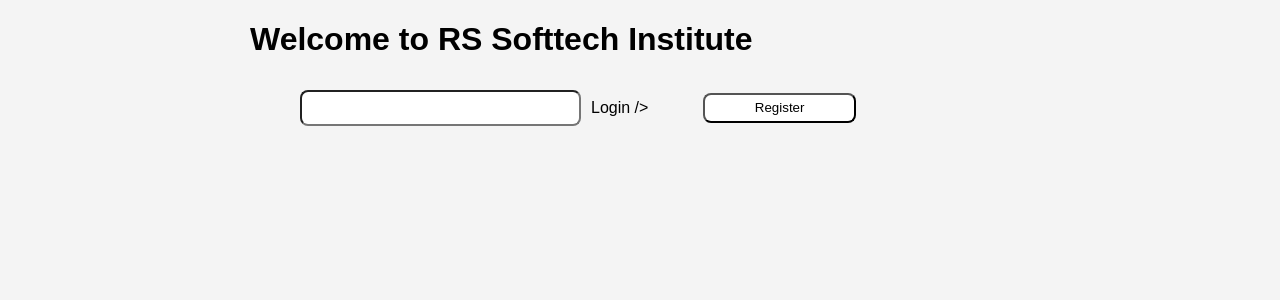
Repository: kkale14/My_allpr
Page: Kalyani1/src/main/webapp/Newpage.html
The author's editor kept a copy of each file at every save. The page is drawn from the files as they stood at one save, then again after the next save.
The browser window is 1280 px wide. The pictures show the whole page.

Above is the page before, as saved 2025-03-03 09:36:34.

### Kalyani1/src/main/webapp/Newpage.html
<!DOCTYPE html>
<html>
<head>
<meta charset="UTF-8">
<title>Insert title here</title>


</head>
<body>

 <style>
        body {
            font-family: Arial, sans-serif;
            background-color: #f4f4f4;
             margin-left: 250px;
            padding: 0px;
        }
        h2 {
            text-align: center;
            color: #333;
        }
        .container{
          width: 20;
          height:30px;
          text-align:center;
            margin: 10px;
            margin-left:50px;
            padding-left: 50px;
            padding-right:50px;
            background-color: white;
            border-radius: 8px;

        }

        </style>

<h1> Welcome to RS Softtech Institute </h1>
<label for="student"></label>
 <input type="login" class ="container"  value="">Login />
 <button class= "container" type="submit" value="Submit">Register</button>



</body>
</html>

After the next save:
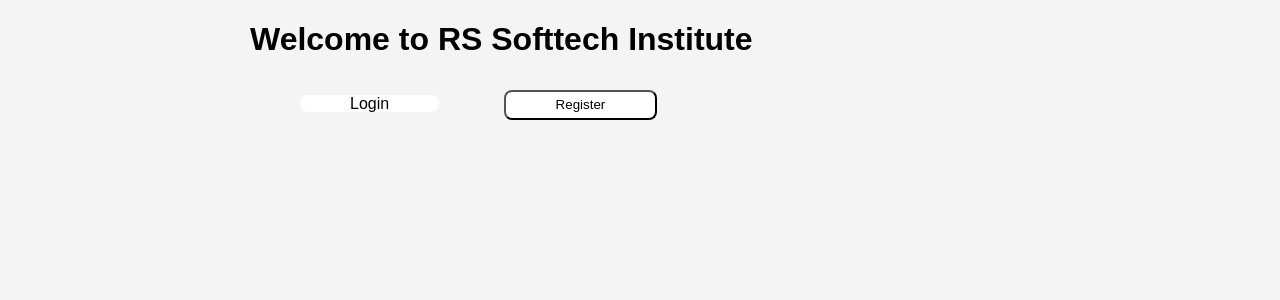
Saved 56 s later.
--- a/Kalyani1/src/main/webapp/Newpage.html
+++ b/Kalyani1/src/main/webapp/Newpage.html
@@ -33,10 +33,9 @@
         }
 
         </style>
-
 <h1> Welcome to RS Softtech Institute </h1>
 <label for="student"></label>
- <input type="login" class ="container"  value="">Login />
+ <a class ="container" type="submit" value="Submit">Login</a>
  <button class= "container" type="submit" value="Submit">Register</button>
 
 
